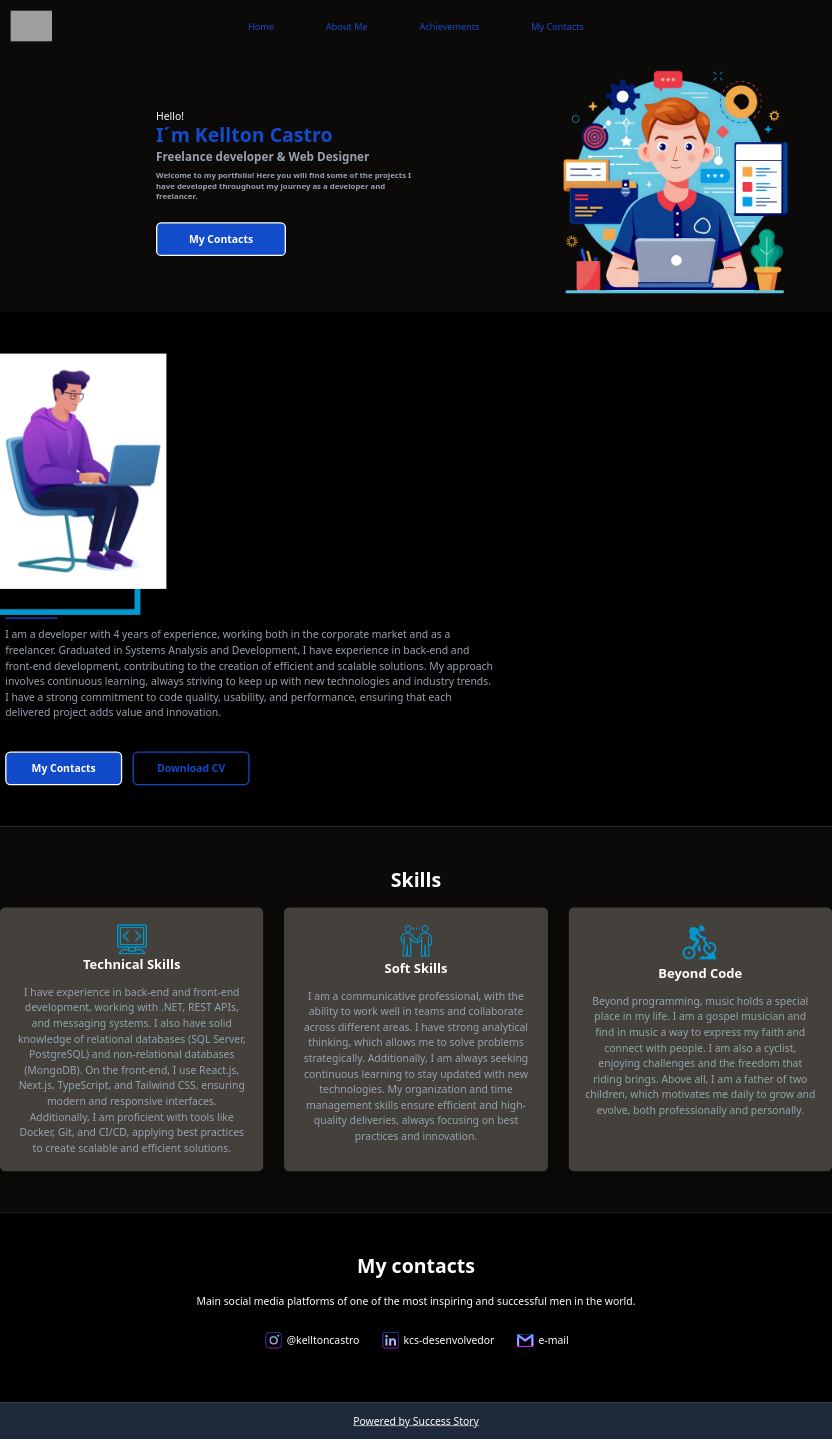
Repository: kcsdesenvolvedor/portfolio
Page: src/index.html
These files come from the project's save history. The page is drawn as it stood at one moment and after the next save; the edit follows.
The browser window is 1280 px wide. The pictures show the whole page, at 65% of full size.
Pictures or frames that could not be fetched are drawn as grey boxes.

Above is the page before, as saved 2025-02-21 21:03:40.
Console error: TypeError: Cannot read properties of null (reading 'textContent')

### src/index.html
<!DOCTYPE html>
<html lang="en">
<head>
    <meta charset="UTF-8">
    <meta name="viewport" content="width=device-width, initial-scale=1.0">
    <link rel="icon" href="./img/favicon.png" type="image/x-icon">
    <link href="./output.css" rel="stylesheet">
    <title>Mansour-Page</title>
    <style>
        .typing-container {
        font-family: 'Courier New', monospace;
        font-size: 24px;
        color: #333;
        white-space: nowrap;
        overflow: hidden;
        border-right: 2px solid black;
        display: inline-block;
        animation: blink-caret 0.7s step-end infinite;
        }

        #typing-text {
            height: 40px;
        }

        @keyframes blink-caret {
        from, to {
            border-color: transparent;
        }
        50% {
            border-color: black;
        }
        }


        @keyframes fadeIn {
            from {
                opacity: 0;
                transform: translateY(20px);
            }
            to {
                opacity: 1;
                transform: translateY(0);
            }
        }

        .fade-in {
            animation: fadeIn 1s ease-in-out;
        }
    </style>
</head>
<body class="bg-gray-100 font-sans">
    <header>
        <nav class="fixed top-0 z-50 w-full px-4 py-4 flex justify-between items-center bg-stone-950">
            <a class="text-3xl font-bold leading-none" href="#">
                <img class="w-16" src="./img/logo.png" alt="">
            </a>
            <div class="lg:hidden">
                <button class="navbar-burger flex items-center text-blue-600 p-3">
                    <svg class="block h-4 w-4 fill-current" viewBox="0 0 20 20" xmlns="http://www.w3.org/2000/svg">
                        <title>Mobile menu</title>
                        <path d="M0 3h20v2H0V3zm0 6h20v2H0V9zm0 6h20v2H0v-2z"></path>
                    </svg>
                </button>
            </div>
            <ul class="hidden absolute top-1/2 left-1/2 transform -translate-y-1/2 -translate-x-1/2 lg:mx-auto lg:flex lg:items-center lg:w-auto lg:space-x-20">
                <li><a class="text-sm text-blue-600/80 dark:text-sky-400/80 hover:text-white" href="#home">Home</a></li>
                <li><a class="text-sm text-blue-600/80 dark:text-sky-400/80 hover:text-white" href="#about">About Me</a></li>
                <li><a class="text-sm text-blue-600/80 dark:text-sky-400/80 hover:text-white" href="#achievements">Achievements</a></li>
                <li><a class="text-sm text-blue-600/80 dark:text-sky-400/80 hover:text-white" href="#contact">My Contacts</a></li>
            </ul>
        </nav>
        <div class="navbar-menu fixed top-0 z-50 w-full hidden">
            <div class="navbar-backdrop fixed inset-0 bg-gray-800 opacity-25"></div>
            <nav class="fixed top-0 left-0 bottom-0 flex flex-col w-5/6 max-w-sm py-6 px-6 bg-white border-r overflow-y-auto">
                <div class="flex items-center mb-8">
                    <a class="mr-auto text-3xl font-bold leading-none" href="#">
                        <img class="w-16" src="./img/logo.png" alt="">
                    </a>
                    <button class="navbar-close">
                        <svg class="h-6 w-6 text-gray-400 cursor-pointer hover:text-gray-500" xmlns="http://www.w3.org/2000/svg" fill="none" viewBox="0 0 24 24" stroke="currentColor">
                            <path stroke-linecap="round" stroke-linejoin="round" stroke-width="2" d="M6 18L18 6M6 6l12 12"></path>
                        </svg>
                    </button>
                </div>
                <div>
                    <ul>
                        <li class="mb-1">
                            <a class="navbar-itemMenu block p-4 text-sm font-semibold text-gray-400 hover:bg-blue-50 hover:text-blue-600 rounded" href="#home">Home</a>
                        </li>
                        <li class="mb-1">
                            <a class="navbar-itemMenu block p-4 text-sm font-semibold text-gray-400 hover:bg-blue-50 hover:text-blue-600 rounded" href="#about">About Me</a>
                        </li>
                        <li class="mb-1">
                            <a class="navbar-itemMenu block p-4 text-sm font-semibold text-gray-400 hover:bg-blue-50 hover:text-blue-600 rounded" href="#achievements">Achievements</a>
                        </li>
                        <li class="mb-1">
                            <a class="navbar-itemMenu block p-4 text-sm font-semibold text-gray-400 hover:bg-blue-50 hover:text-blue-600 rounded" href="#contact">My Contacts</a>
                        </li>
                        <li>
                            <div class="border-t-2">
                                <a class="navbar-itemMenu block p-4 text-sm font-semibold text-gray-400 hover:bg-blue-50 hover:text-blue-600 rounded" href="https://kcode2025.github.io/sucess-history" target="_blank">Success Story</a>
                            </div>
                        </li>
                    </ul>
                </div>
                <div class="mt-auto">

                    <a href="https://kcode2025.github.io/sucess-history" target="_blank">
                        <p class="my-4 text-xs text-center text-gray-400">
                            Powered by Success Story
                        </p>
                    </a>
                </div>
            </nav>
        </div>
    </header>


    <!-- Home Section -->
    <section id="home" class="flex flex-col-reverse lg:flex-row lg:justify-around justify-between bg-stone-950 text-white text-center pt-20 lg:pb-0 pb-5 px-10 fade-in">
        <!-- Div do texto -->
        <div class="self-center w-full flex items-center justify-center">
            <div class="flex flex-col lg:w-2/4"> <!-- Ajuste essa div para ocupar 100% da largura -->
                <p class="text-md text-left">
                    Hello!
                </p>
                <p class="text-3xl text-blue-600/80 dark:text-sky-400/80 text-left font-semibold">
                    I´m Kellton Castro
                </p>
                <p class="text-lg text-gray-400 text-left font-semibold mb-2">
                    Freelance developer & Web Designer
                </p>
                <p class="text-xs text-gray-400 text-left font-semibold mb-8">
                    Welcome to my portfolio! Here you will find some of the projects I have developed throughout my journey as a developer and freelancer.
                </p>
                <a href="#contact" class="bg-blue-600/80 dark:bg-sky-400/80 text-white font-bold w-2/4 py-3 px-6 border-2 rounded-lg shadow-lg hover:bg-black hover:text-blue-600/80 hover:dark:text-sky-400/80 hover:border-blue-600/80 hover:dark:border-sky-400/80 hover:border-2 transition delay-150 duration-300 ease-in-out">
                    My Contacts
                </a>
            </div>
        </div>

        <!-- Div da imagem -->
        <div class="flex justify-center lg:justify-end lg:w-2/4">
            <img class="min-w-2/4 object-contain" src="./img/perfil-portfolio2.png">
        </div>
    </section>

    <!-- Sobre -->
    <section id="about" class="flex flex-col content-center justify-center space-x-20 py-16 bg-black border-r-gray-900 fade-in">
        <div class="lg:relative flex  w-full">
            <!-- Moldura (posição de fundo) -->
            <img src="./img/moldura.png" class="w-3xs h-3xs absolute -left-10 top-10" alt="moldura do perfil">

            <!-- Imagem de perfil (fica por cima) -->
            <img src="./img/perfil-portfolio1.png" class="w-3xs h-3xs relative z-10" alt="meu perfil">
        </div>
        <div class="px-2 w-3xl">
            <h3 class="text-3xl text-white font-bold mb-2">About me</h3>
            <div class="w-20 h-0.5 bg-blue-600/80 dark:bg-sky-400/80 mb-3"></div>
            <p class="text-gray-400 text-left w-full mb-12">
                I am a developer with 4 years of experience, working both in the corporate market and as a freelancer. Graduated in Systems Analysis and Development, I have experience in back-end and front-end development, contributing to the creation of efficient and scalable solutions. My approach involves continuous learning, always striving to keep up with new technologies and industry trends. I have a strong commitment to code quality, usability, and performance, ensuring that each delivered project adds value and innovation.
            </p>
            <div class="flex w-2/4 gap-4">
                <a href="#contact" class="bg-blue-600/80 dark:bg-sky-400/80 text-center text-white font-bold w-2/4 py-3 px-6 border-2 rounded-lg shadow-lg hover:bg-black hover:text-blue-600/80 hover:dark:text-sky-400/80 hover:border-blue-600/80 hover:dark:border-sky-400/80 hover:border-2 transition delay-150 duration-300 ease-in-out">
                    My Contacts
                </a>
                <a href="#contact" class="bg-black text-center border-blue-600/80 dark:border-sky-400/80 text-blue-600/80 dark:text-sky-400/80 font-bold w-2/4 py-3 px-6 border-2 rounded-lg shadow-lg hover:text-white hover:border-white hover:border-2 transition delay-150 duration-300 ease-in-out">
                    Download CV
                </a>
            </div>
        </div>
    </section>


    <!-- Serviços -->
    <section id="achievements" class="py-16 bg-stone-950 fade-in">
        <div class="container mx-auto text-center">
            <h3 class="text-3xl text-white font-bold mb-6">Skills</h3>
            <div class="grid grid-cols-1 md:grid-cols-3 gap-8">
                <div class="flex flex-col items-center bg-stone-700 p-6 rounded-lg shadow-lg transition delay-150 duration-300 transform hover:scale-105 hover:shadow-xl">
                    <img src="./img/hard-skills.png" alt="image hard skills">
                    <h4 class="text-xl text-white font-bold mb-4">Technical Skills</h4>
                    <p class="text-gray-400">I have experience in back-end and front-end development, working with .NET, REST APIs, and messaging systems. I also have solid knowledge of relational databases (SQL Server, PostgreSQL) and non-relational databases (MongoDB). On the front-end, I use React.js, Next.js, TypeScript, and Tailwind CSS, ensuring modern and responsive interfaces. Additionally, I am proficient with tools like Docker, Git, and CI/CD, applying best practices to create scalable and efficient solutions.</p>
                </div>
                <div class="flex flex-col items-center bg-stone-700 p-6 rounded-lg shadow-lg transition delay-150 duration-300 transform hover:scale-105 hover:shadow-xl">
                    <img src="./img/soft-skills.png" class="h-14" alt="image soft skills">
                    <h4 class="text-xl text-white font-bold mb-4">Soft Skills</h4>
                    <p class="text-gray-400">I am a communicative professional, with the ability to work well in teams and collaborate across different areas. I have strong analytical thinking, which allows me to solve problems strategically. Additionally, I am always seeking continuous learning to stay updated with new technologies. My organization and time management skills ensure efficient and high-quality deliveries, always focusing on best practices and innovation.</p>
                </div>
                <div class="flex flex-col items-center bg-stone-700 p-6 rounded-lg shadow-lg transition delay-150 duration-300 transform hover:scale-105 hover:shadow-xl">
                    <img src="./img/beyond-code.png" alt="imagem de beyond code">
                    <h4 class="text-xl text-white font-bold mb-4">Beyond Code</h4>
                    <p class="text-gray-400">Beyond programming, music holds a special place in my life. I am a gospel musician and find in music a way to express my faith and connect with people. I am also a cyclist, enjoying challenges and the freedom that riding brings. Above all, I am a father of two children, which motivates me daily to grow and evolve, both professionally and personally.</p>
                </div>
            </div>
        </div>
    </section>


    <!-- Contato -->
    <section id="contact" class="py-16 bg-black text-white text-center fade-in">
        <div class="container mx-auto px-2">
            <h3 class="text-3xl font-bold mb-6">My contacts</h3>
            <p class="mb-8">Main social media platforms of one of the most inspiring and successful men in the world.</p>
            <form class="max-w-lg mx-auto">
                <div class="flex flex-col justify-center lg:flex-row mb-4 gap-8">
                    <a href="https://www.cityfootballgroup.com/" target="_blank">
                        <div class="flex gap-1 items-center">
                            <img class="h-8 w-8" src="./img/instagram.png" alt="imagem do instagram">
                            <p class="text-1xl">@kelltoncastro</p>
                        </div>
                    </a>
                    <a href="https://x.com/HHmansour" target="_blank">
                        <div class="flex gap-1 items-center">
                            <img class="h-8 w-8" src="./img/linkedin.png" alt="imagem do linkedin">
                            <p class="text-1xl">kcs-desenvolvedor</p>
                        </div>
                    </a>
                    <a href="https://x.com/HHmansour" target="_blank">
                        <div class="flex gap-1 items-center">
                            <img class="h-8 w-8" src="./img/gmail.png" alt="imagem do gmail">
                            <p class="text-1xl">e-mail</p>
                        </div>
                    </a>
                </div>
            </form>
        </div>
    </section>

    <!-- Footer -->
    <footer class="bg-gray-800 text-white text-center py-4">
        <a class="cursor-pointer" href="https://kcode2025.github.io/sucess-history" target="_blank"><p class="underline">Powered by Success Story</p></a>
    </footer>

    <!-- Script -->
    <script>
        // Burger menus
        document.addEventListener('DOMContentLoaded', function() {
            // open
            const burger = document.querySelectorAll('.navbar-burger');
            const menu = document.querySelectorAll('.navbar-menu');

            if (burger.length && menu.length) {
                for (var i = 0; i < burger.length; i++) {
                    burger[i].addEventListener('click', function() {
                        for (var j = 0; j < menu.length; j++) {
                            menu[j].classList.toggle('hidden');
                        }
                    });
                }
            }

            // close
            const close = document.querySelectorAll('.navbar-close');
            const backdrop = document.querySelectorAll('.navbar-backdrop');
            const itemMenu = document.querySelectorAll('.navbar-itemMenu');

            if (close.length) {
                for (var i = 0; i < close.length; i++) {
                    close[i].addEventListener('click', function() {
                        for (var j = 0; j < menu.length; j++) {
                            menu[j].classList.toggle('hidden');
                        }
                    });
                }
            }

            if (backdrop.length) {
                for (var i = 0; i < backdrop.length; i++) {
                    backdrop[i].addEventListener('click', function() {
                        for (var j = 0; j < menu.length; j++) {
                            menu[j].classList.toggle('hidden');
                        }
                    });
                }
            }

            if (itemMenu.length) {
                for (var i = 0; i < itemMenu.length; i++) {
                    itemMenu[i].addEventListener('click', function() {
                        for (var j = 0; j < menu.length; j++) {
                            menu[j].classList.toggle('hidden');
                        }
                    });
                }
            }
        });

        // animação de digitação

        const texts = [
        "Visionary Leader",
        "Sports Enthusiast",
        "City Football Group Owner",
        "Innovative Investor",
        "Philanthropist",
        "Economic Pioneer",
        "Influential Figure",
        "Strategic Thinker",
        "Cultural Advocate",
        "Inspiring Icon"
        ];

        let currentTextIndex = 0;
        let charIndex = 0;
        const typingSpeed = 100; // Velocidade de digitação (ms por caractere)
        const erasingSpeed = 50; // Velocidade de apagar
        const delayBetweenTexts = 2000; // Tempo antes de trocar para o próximo texto

        const typingElement = document.getElementById("typing-text");

        function typeText() {
        if (charIndex < texts[currentTextIndex].length) {
            typingElement.textContent += texts[currentTextIndex].charAt(charIndex);
            charIndex++;
            setTimeout(typeText, typingSpeed);
        } else {
            setTimeout(eraseText, delayBetweenTexts);
        }
        }

        function eraseText() {
        if (charIndex > 0) {
            typingElement.textContent = texts[currentTextIndex].substring(0, charIndex - 1);
            charIndex--;
            setTimeout(eraseText, erasingSpeed);
        } else {
            currentTextIndex = (currentTextIndex + 1) % texts.length;
            setTimeout(typeText, typingSpeed);
        }
        }

        // Começar a animação
        document.addEventListener("DOMContentLoaded", () => {
        setTimeout(typeText, delayBetweenTexts);
        });

        </script>
</body>
</html>

Loaded but not shown: src/output.css (3548 lines, source omitted)

After the next save:
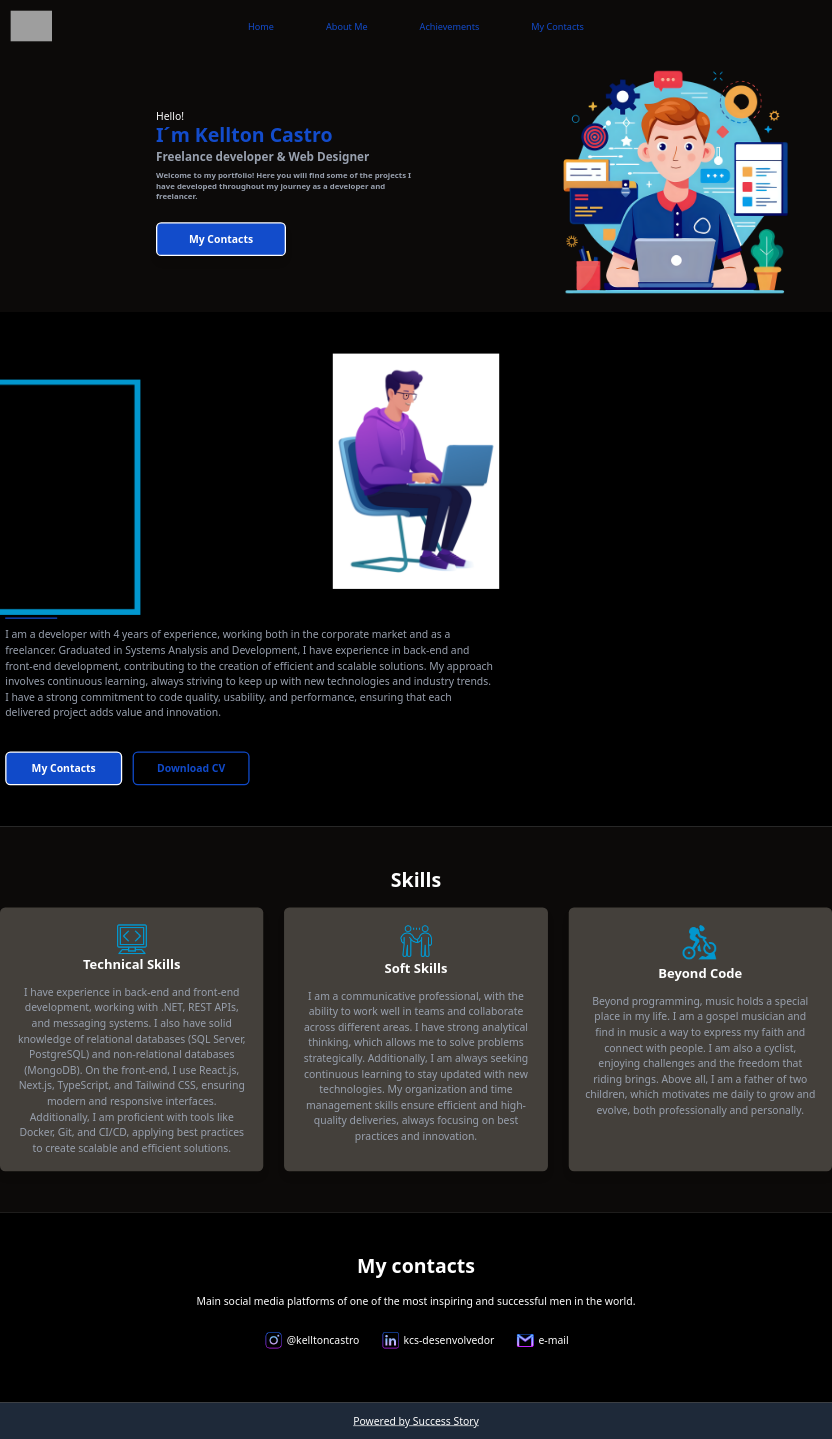
Saved 8 s later.
--- a/src/index.html
+++ b/src/index.html
@@ -147,7 +147,7 @@
 
     <!-- Sobre -->
     <section id="about" class="flex flex-col content-center justify-center space-x-20 py-16 bg-black border-r-gray-900 fade-in">
-        <div class="lg:relative flex  w-full">
+        <div class="lg:relative flex justify-center w-full">
             <!-- Moldura (posição de fundo) -->
             <img src="./img/moldura.png" class="w-3xs h-3xs absolute -left-10 top-10" alt="moldura do perfil">
 

After the 3 saves that followed:
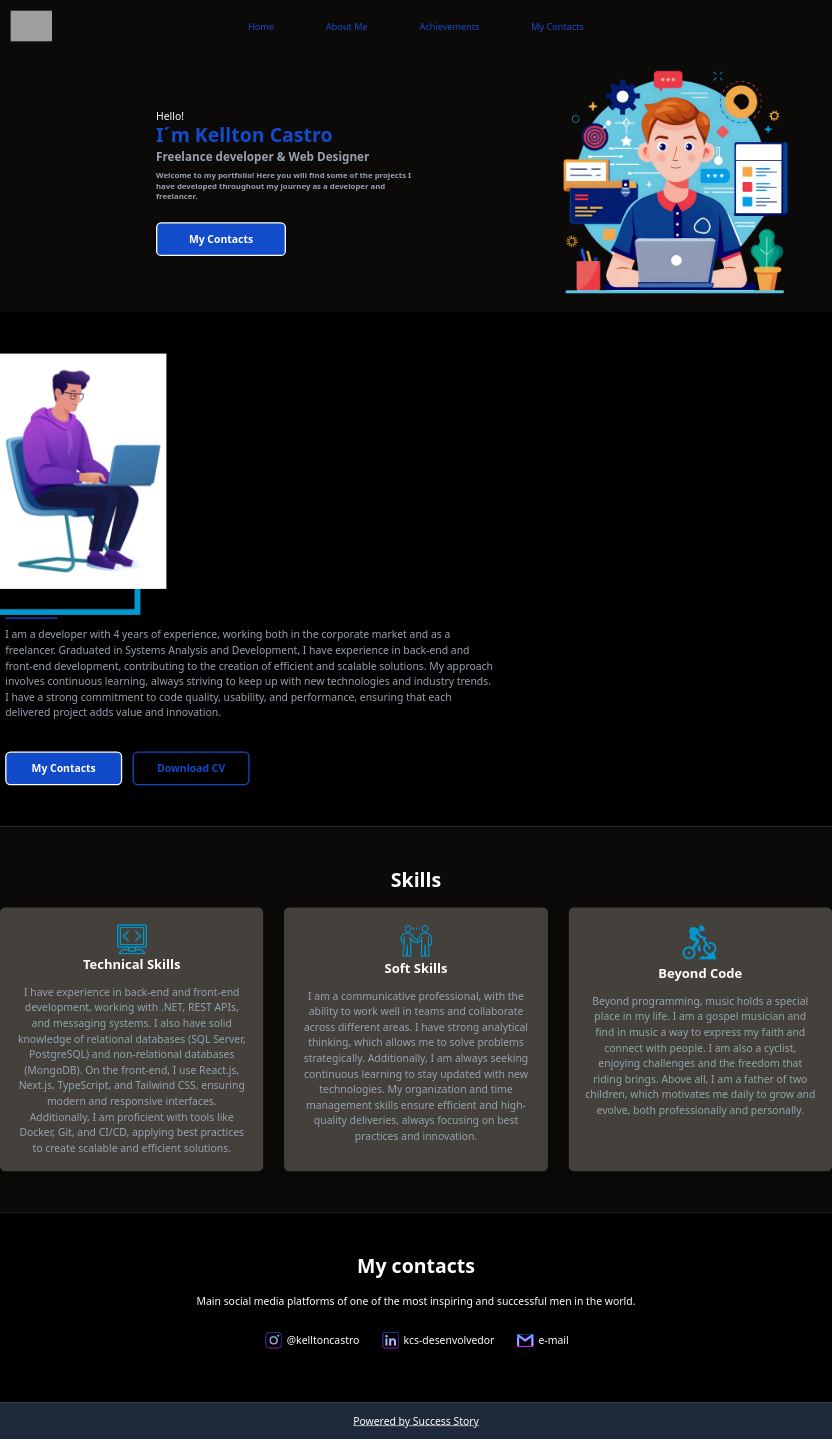
The 3 saves are shown as one change because 2 left the picture as it was.
The last was saved 110 s later.
--- a/src/index.html
+++ b/src/index.html
@@ -147,7 +147,7 @@
 
     <!-- Sobre -->
     <section id="about" class="flex flex-col content-center justify-center space-x-20 py-16 bg-black border-r-gray-900 fade-in">
-        <div class="lg:relative flex justify-center w-full">
+        <div class="lg:relative">
             <!-- Moldura (posição de fundo) -->
             <img src="./img/moldura.png" class="w-3xs h-3xs absolute -left-10 top-10" alt="moldura do perfil">
 
